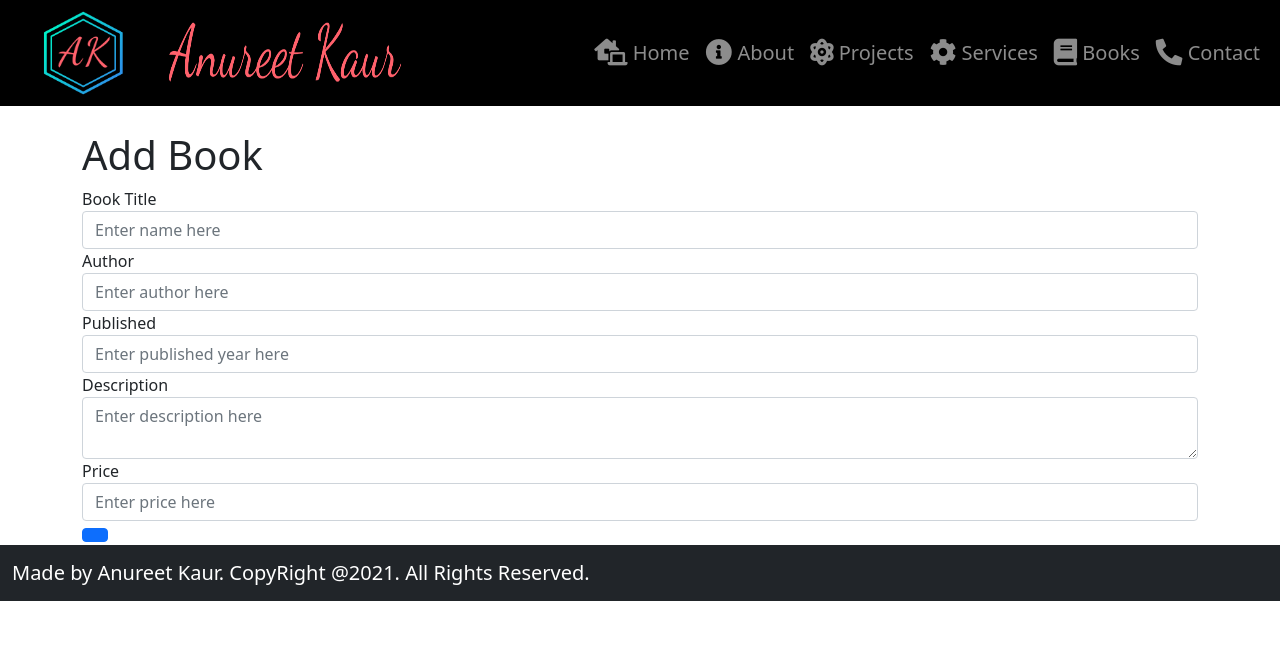
Repository: Anureet23/Portfolio_Authentication
Page: http://localhost/book-list/add
These files come from the project's save history. The page is drawn as it stood at one moment and after a run of saves; the edit follows.
The browser window is 1280 px wide. The pictures show the whole page.
The page is served by the project's Node server (server.js). Other server files are loaded and not shown.

Above is the page before, as saved 2021-06-16 19:50:39.

### server/views/book/add.ejs
<!--Header Partial Included -->
<% include ../partials/header.ejs %>

<!--Top Navbar Partial Included -->
<% include ../partials/navbar.ejs %>


<!--Content for ADD Page -->
<div class="container">
    <div class="row">
        <div class="offset md-3 col-md-6"></div>
        <h1><%= title%></h1>

        <form class="form" method="POST">
        <div class="form-group">
            <label for="nameTextField">Book Title</label>
            <input type="text" class="form-control" id="nameTextField" placeholder="Enter name here" name="name" required>
        </div>

        <div class="form-group">
            <label for="authorTextField">Author</label>
            <input type="text" class="form-control" id="authorTextField" placeholder="Enter author here" name="author" required>
        </div>

        <div class="form-group">
            <label for="publishedTextField">Published</label>
            <input type="text" class="form-control" id="publishedTextField" placeholder="Enter published year here" name="published" required>
        </div>

        <div class="form-group">
            <label for="descriptionTextField">Description</label>
            <textarea type="text" class="form-control" id="descriptionTextField" placeholder="Enter description here" name="description" required></textarea>
        </div>

        <div class="form-group">
            <label for="priceTextField">Price</label>
            <input type="number" class="form-control" id="nameTextField" placeholder="Enter price here" name="price" required>
        </div>

        <button class="btn btn-primary"></button>

        </form>
    </div>
</div>

 <!--Bottom Navbar Partial Included -->
 <% include ../partials/bottomnavbar.ejs %>

<!--Footer Partial Included -->
 <% include ../partials/footer.ejs %>

### server/views/partials/header.ejs
<!--Header Partial -->
<!DOCTYPE html>
<html lang="en">
<head>
  <meta charset="UTF-8">
  <meta http-equiv="X-UA-Compatible" content="IE=edge">
  <meta name="viewport" content="width=device-width, initial-scale=1.0">
  <title><%= title %></title>

  <!--CSS Section-->
  <link rel='stylesheet' href='/bootstrap/dist/css/bootstrap.min.css' />
  <link rel="stylesheet" href="/@fortawesome/fontawesome-free/css/all.min.css">

  <link rel='stylesheet' href='/Content/app.css' />
</head>
<body>

### server/views/partials/navbar.ejs
 <!--Top Nav Bar Partial-->

  <nav class="navbar navbar-expand-lg navbar-dark" style="font-size:20px;background-color:black!important">
    <div class="container-fluid" style="background-color:black">
     <img src="/Assests/images/Logo.PNG" height="90px" width="150px"> <img src="/Assests/images/Name.PNG" height="75px" width="240px" >
           <button class="navbar-toggler" type="button" data-bs-toggle="collapse" data-bs-target="#navbarSupportedContent" aria-controls="navbarSupportedContent" aria-expanded="false" aria-label="Toggle navigation">
        <span class="navbar-toggler-icon"></span>
      </button>

      <div class="collapse navbar-collapse" id="navbarSupportedContent">
        <ul class="navbar-nav ms-auto mb-2 mb-lg-0">

        <li class="nav-item">
        <a class="nav-link" aria-current="page" href="/home"><i class="fas fa-lg fa-laptop-house"></i> Home</a>
        </li>


           <li class="nav-item">
          <a class="nav-link " href="/about"> <i class="fas fa-lg fa-info-circle"></i> About</a>
          </li>

          <li class="nav-item">
            <a class="nav-link "  href="/projects"> <i class="fas fa-lg fa-atom"></i> Projects</a>
          </li>

          <li class="nav-item">
            <a class="nav-link"  href="/services"> <i class="fas fa-lg fa-cog"></i>  Services</a>
          </li>


          <li class="nav-item">
            <a class="nav-link"  href="/book-list"><i class="fas fa-lg fa-book"></i> Books</a>
          </li>

          <li class="nav-item">
            <a class="nav-link"  href="/contact"><i class="fas fa-lg fa-phone-alt"></i> Contact</a>
          </li>

      </div>
    </div>
  </nav>

### server/views/partials/bottomnavbar.ejs
<!--Bottom Navbar Partial-->

<nav class="navbar sticky-bottom navbar-dark bg-dark " >

  <div class="container-fluid">
    <a class="navbar-brand"  >Made by Anureet Kaur. CopyRight @2021. All Rights Reserved.</a>
  </div>
</nav>

### server/views/partials/footer.ejs
<!--Footer Partial-->
<!--JS Section-->
  <script src="/jquery/dist/jquery.min.js"></script>
  <script src="/bootstrap/dist/js/bootstrap.min.js"></script>
  <script src="/Scripts/app.js"></script>

</body>
</html>

### server.js
#!/usr/bin/env node
/* FileName :server.js */
/* StudentName :Anureet Kaur */
/* Student Id :301174444 */
/* Date : 4/06/2021 */
/**
 * Module dependencies.
 */

var app = require('./server/config/app');
var debug = require('debug')('express site:server');
var http = require('http');

/**
 * Get port from environment and store in Express.
 */

var port = normalizePort(process.env.PORT || '3000');
app.set('port', port);

/**
 * Create HTTP server.
 */

var server = http.createServer(app);

/**
 * Listen on provided port, on all network interfaces.
 */

server.listen(port);
server.on('error', onError);
server.on('listening', onListening);

/**
 * Normalize a port into a number, string, or false.
 */

function normalizePort(val) {
  var port = parseInt(val, 10);

  if (isNaN(port)) {
    // named pipe
    return val;
  }

  if (port >= 0) {
    // port number
    return port;
  }

  return false;
}

/**
 * Event listener for HTTP server "error" event.
 */

function onError(error) {
  if (error.syscall !== 'listen') {
    throw error;
  }

  var bind = typeof port === 'string'
    ? 'Pipe ' + port
    : 'Port ' + port;

  // handle specific listen errors with friendly messages
  switch (error.code) {
    case 'EACCES':
      console.error(bind + ' requires elevated privileges');
      process.exit(1);
      break;
    case 'EADDRINUSE':
      console.error(bind + ' is already in use');
      process.exit(1);
      break;
    default:
      throw error;
  }
}

/**
 * Event listener for HTTP server "listening" event.
 */

function onListening() {
  var addr = server.address();
  var bind = typeof addr === 'string'
    ? 'pipe ' + addr
    : 'port ' + addr.port;
  debug('Listening on ' + bind);
}

### server/routes/book.js
let express = require('express');
let router = express.Router();
let mongoose = require('mongoose');

//Connect to book model
let Book = require('../models/book');

/* GET Route for Book list*/

router.get('/',(req,res,next)=>{
    Book.find((err,bookList)=>{
        if(err)
        {
            return console.error(err);
        }
        else{
            //console.log(BookList);

            res.render('book/list',{title:'Books', BookList : bookList});
        }
    });
});


/* GET Route for displaying Add Page- CREATE Operation*/
router.get('/add', (req, res, next) => {
    res.render('book/add',{title:'Add Book'});
});

/* POST Route for processing Add Page- CREATE Operation*/
router.post('/add', (req, res, next) => {
   let newBook = Book({
          "name" : req.body.name,
          "author":req.body.author,
          "published": req.body.published,
          "description" : req.body.description,
          "price": req.body.price
   });

   Book.create(newBook,(err,Book)=> {
    if(err){
        console.log(err);
        res.end(err);
    }
    else{
        //refresh the book list
        res.redirect('/book-list');
    }
   });

});
/* GET Route for displaying Edit Page- UPDATE Operation*/
router.get('/edit/:id', (req, res, next) => {
       let id = req.params.id;

       Book.findById(id,(err,bookToEdit) => {

        if(err){
            console.log(err);
            res.end(err);
        }
        else{

            //show the edit view
            res.render('book/edit', {title: 'Edit Book',book:bookToEdit})
        }

       });
});
/* POST Route for processing Edit Page- UPDATE Operation*/
router.post('/edit/:id', (req, res, next) => {

let id = req.params.id;
let updatedBBook = Book({
    "_id":id,
    "name" : req.body.name,
    "author":req.body.author,
    "published": req.body.published,
    "description" : req.body.description,
    "price": req.body.price
});

Book.updateOne({_id: id},updatedBBook,(err) =>{
    if(err){
        console.log(err);
        res.end(err);
    }
    else{
       //refresh the book list
       res.redirect('/book-list');
    }
});

});
/* GET Route for perform Deletion- DELETE Operation*/
router.get('/delete/:id', (req, res, next) => {

    let id = req.params.id;
    Book.remove({_id: id},(err) =>{
        if(err){
            console.log(err);
            res.end(err);
        }
        else{
           //refresh the book list
           res.redirect('/book-list');
        }
    });
});

module.exports = router;

### public/Content/app.css
/* FileName :app.css */
/* StudentName :Anureet Kaur */
/* Student Id :301174444 */
/* Date : 4/06/2021 */
.center {
    text-align: center;
  }
  .container{
	margin-top: 25px;

}
.headerText{
    text-align: center;
}

### public/Scripts/app.js
/* FileName :app.js */
/* StudentName :Anureet Kaur */
/* Student Id :301174444 */
/* Date : 4/06/2021 */
(function(){


    function Start(){
        console.log("App Started.....");
    }

    window.addEventListener("load",Start);

})();

After the next 3 saves:
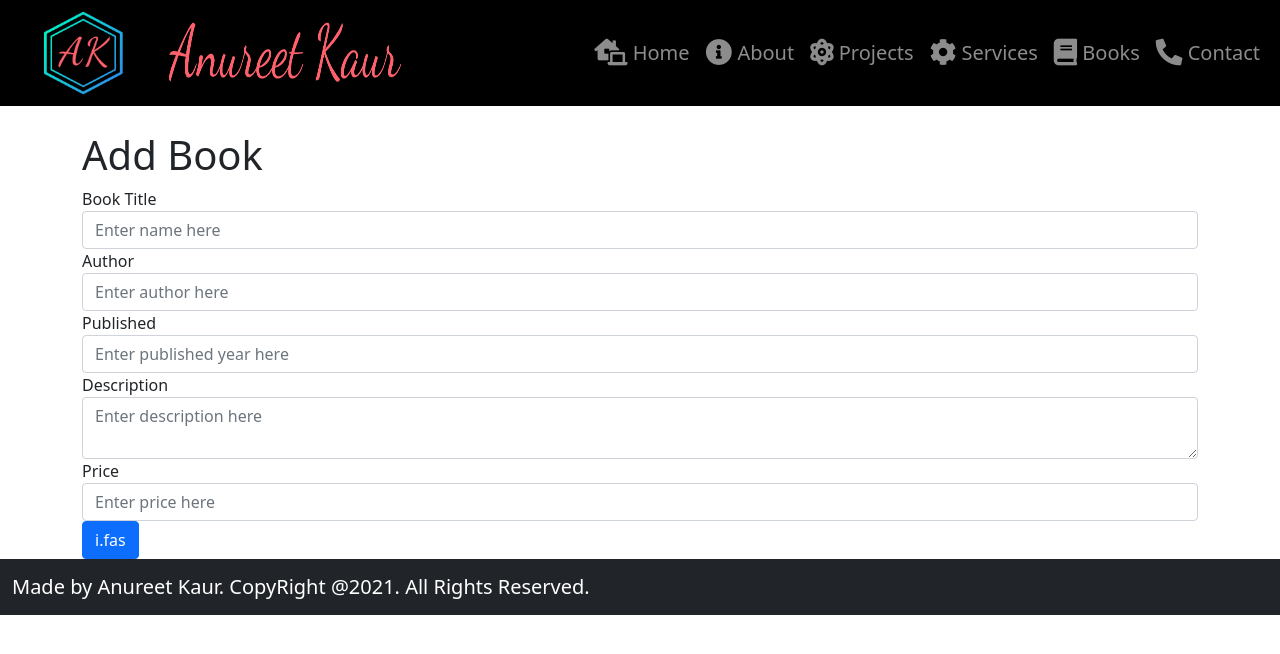
The 3 saves are shown as one change because they came seconds apart.
The last was saved 8 s later.
--- a/server/views/book/add.ejs
+++ b/server/views/book/add.ejs
@@ -37,7 +37,9 @@
             <input type="number" class="form-control" id="nameTextField" placeholder="Enter price here" name="price" required>
         </div>
 
-        <button class="btn btn-primary"></button>
+        <button class="btn btn-primary">
+            i.fas
+        </button>
 
         </form>
     </div>
